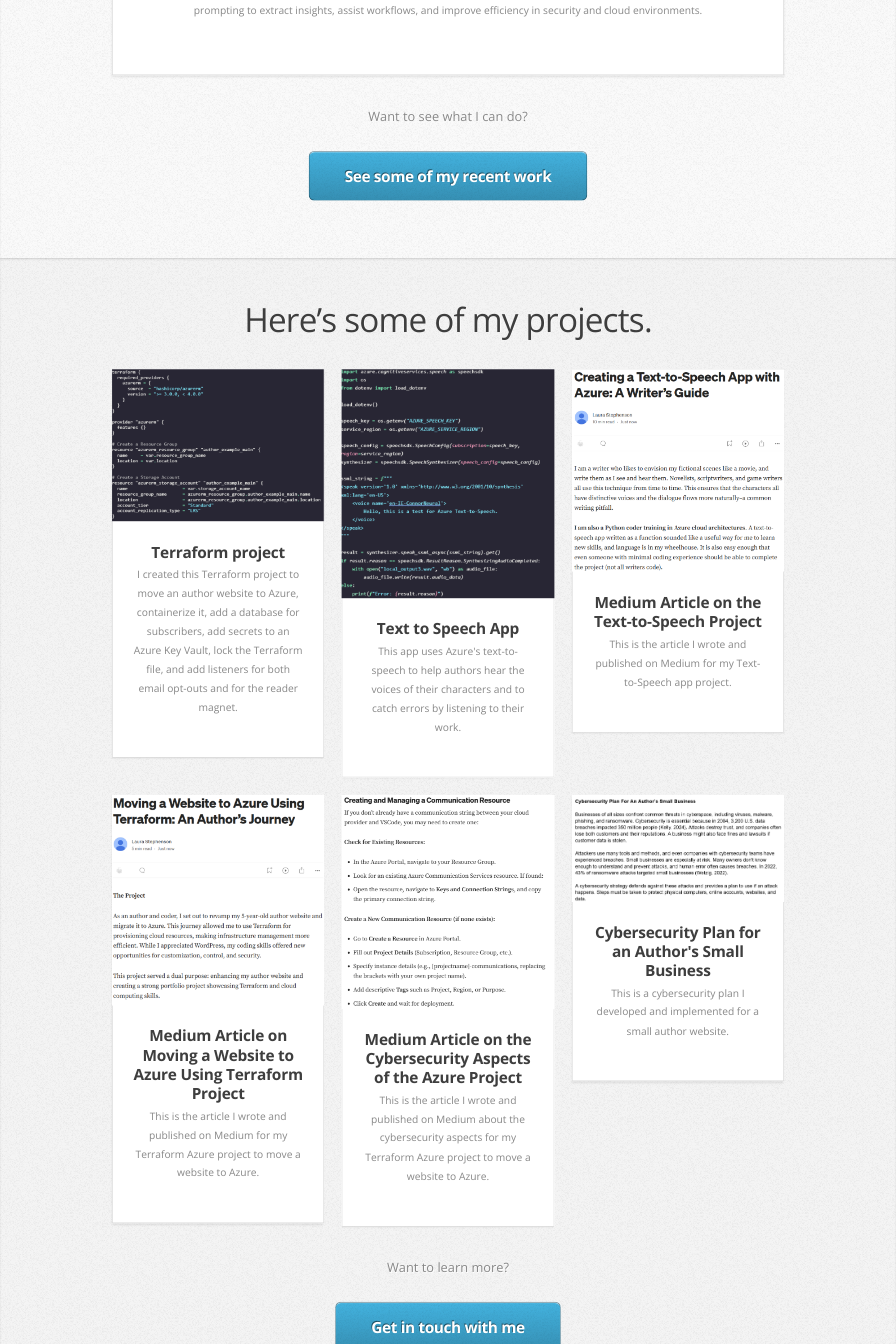
Repository: lauralstephenson/Portfolio_Personal
Page: index.html
The author's editor kept a copy of each file at every save. The page is drawn from the files as they stood at one save, then again after a run of saves.
The browser window is 1280 px wide. The pictures show the part of the page from y = 1642 to 3562 px (the page is 4048 px tall), at 70% of full size.
A picture or video elsewhere on the page could not be fetched, so the positions and the page height are approximate.

Above is the page before, as saved 2026-04-21 15:04:08.

### index.html
<!DOCTYPE HTML>
<!--
	Miniport by HTML5 UP
	html5up.net | @ajlkn
	Free for personal and commercial use under the CCA 3.0 license (html5up.net/license)
-->

<html lang="en">
	<head>
		<title>Laura Stephenson Cloud Portfolio Webpage</title>
		<meta charset="utf-8">
		<meta name="viewport" content="width=device-width, initial-scale=1">
		<!-- Font Awesome -->
		<link rel="stylesheet" href="https://cdnjs.cloudflare.com/ajax/libs/font-awesome/5.15.4/css/all.min.css">
		<link rel="stylesheet" href="assets/css/main.css">
	</head>
	<body class="is-preload">

		<!-- Nav -->
			<nav id="nav">
				<ul class="container">
					<li><a href="#top">Top</a></li>
					<li><a href="#work">Work</a></li>
					<li><a href="#portfolio">Portfolio</a></li>
					<li><a href="#contact">Contact</a></li>
				</ul>
			</nav>

		<!-- Home -->
			<article id="top" class="wrapper style1">
				<div class="container">
					<div class="row">
						<div class="col-4 col-5-large col-12-medium">
							<span class="image fit"><img src="images\Circle Cybersecurity Logo.png" alt="" /></span>
						</div>
						<div class="col-8 col-7-large col-12-medium">
							<header>
								<h1>Hi. I'm <strong>Laura Stephenson.</strong></h1>
							</header>
							<p><strong>I'm a cloud and cyber security practitioner, Python coder,
								and machine learning and data scientist.</strong></a></p>
							<a href="#work" class="button large scrolly">Learn about what I do</a>
						</div>
					</div>
				</div>
			</article>

		<!-- Work -->
			<article id="work" class="wrapper style2">
				<div class="container">
					<header>
						<h1>Here's what I do.</h1>
					</header>
					<div class="row aln-center equal-height">
						<div class="col-4 col-6-medium col-12-small">
							<section class="box style1">
								<div class="box-content">
									<svg xmlns="http://www.w3.org/2000/svg" height="56" width="56" viewBox="0 0 512 512">
										<!--!Font Awesome Free 6.7.2 by @fontawesome - https://fontawesome.com License - https://fontawesome.com/license/free Copyright 2025 Fonticons, Inc.-->
										<path fill="#77797e" d="M256 0c4.6 0 9.2 1 13.4 2.9L457.7 82.8c22 9.3 38.4 31 38.3 57.2c-.5 99.2-41.3 280.7-213.6 363.2c-16.7 8-36.1 8-52.8 0C57.3 420.7 16.5 239.2 16 140c-.1-26.2 16.3-47.9 38.3-57.2L242.7 2.9C246.8 1 251.4 0 256 0z"/>
									</svg>
									<h3>Cyber Security</h3>
									<p>Analyze alerts, investigate network activity, and document findings in clear, structured reports using SOC workflows. Apply SIEM tools, packet analysis, and the MITRE ATT&CK framework to detect and respond to threats.</p>
								</div>
							</section>
						</div>
							<section class="box style1">
								<div class="box-content">
									<svg xmlns="http://www.w3.org/2000/svg"
									width="56" height="56"
									fill="currentColor"
									class="bi bi-cloud-arrow-up-fill"
									viewBox="0 0 16 16">
										<path d="M8 2a5.53 5.53 0 0 0-3.594 1.342c-.766.66-1.321 1.52-1.464 2.383C1.266 6.095 0 7.555 0 9.318 0 11.366 1.708 13 3.781 13h8.906C14.502 13 16 11.57 16 9.773c0-1.636-1.242-2.969-2.834-3.194C12.923 3.999 10.69 2 8 2m2.354 5.146a.5.5 0 0 1-.708.708L8.5 6.707V10.5a.5.5 0 0 1-1 0V6.707L6.354 7.854a.5.5 0 1 1-.708-.708l2-2a.5.5 0 0 1 .708 0z"/>
									</svg>
									<h3>Cloud Computing</h3>
									<p>Design and maintain secure cloud environments in Azure and AWS, with and without Terraform.</p>
								</div>
							</section>
						</div>
						<div class="col-4 col-6-medium col-12-small">
							<section class="box style1">
								<div class="box-content">
									<svg xmlns="http://www.w3.org/2000/svg" height="56" width="56" viewBox="0 0 576 512">
										<!--!Font Awesome Free 6.7.2 by @fontawesome - https://fontawesome.com License - https://fontawesome.com/license/free Copyright 2025 Fonticons, Inc.-->
										<path fill="#6f7276" d="M248 106.6c18.9-9 32-28.3 32-50.6c0-30.9-25.1-56-56-56s-56 25.1-56 56c0 22.3 13.1 41.6 32 50.6l0 98.8c-2.8 1.3-5.5 2.9-8 4.7l-80.1-45.8c1.6-20.8-8.6-41.6-27.9-52.8C57.2 96 23 105.2 7.5 132S1.2 193 28 208.5c1.3 .8 2.6 1.5 4 2.1l0 90.8c-1.3 .6-2.7 1.3-4 2.1C1.2 319-8 353.2 7.5 380S57.2 416 84 400.5c19.3-11.1 29.4-32 27.8-52.8l50.5-28.9c-11.5-11.2-19.9-25.6-23.8-41.7L88 306.1c-2.6-1.8-5.2-3.3-8-4.7l0-90.8c2.8-1.3 5.5-2.9 8-4.7l80.1 45.8c-.1 1.4-.2 2.8-.2 4.3c0 22.3 13.1 41.6 32 50.6l0 98.8c-18.9 9-32 28.3-32 50.6c0 30.9 25.1 56 56 56c30.7 0 55.6-24.7 56-55.2c-7.5-12.9-13.5-26.8-17.6-41.5c-4.2-4-9.1-7.3-14.4-9.9l0-98.8c2.8-1.3 5.5-2.9 8-4.7l10.5 6c5.5-15.3 13.1-29.5 22.4-42.5l-9.1-5.2c.1-1.4 .2-2.8 .2-4.3c0-22.3-13.1-41.6-32-50.6l0-98.8zM440.5 132C425 105.2 390.8 96 364 111.5c-19.3 11.1-29.4 32-27.8 52.8l-50.6 28.9c11.5 11.2 19.9 25.6 23.8 41.7L360 205.9c.4 .3 .8 .6 1.3 .9c21.7-9.5 45.6-14.8 70.8-14.8c2 0 4 0 5.9 .1c12.1-17.3 13.8-40.6 2.6-60.1zM432 512a144 144 0 1 0 0-288 144 144 0 1 0 0 288zm47.9-225c4.3 3.7 5.4 9.9 2.6 14.9L452.4 356l35.6 0c5.2 0 9.8 3.3 11.4 8.2s-.1 10.3-4.2 13.4l-96 72c-4.5 3.4-10.8 3.2-15.1-.6s-5.4-9.9-2.6-14.9L411.6 380 376 380c-5.2 0-9.8-3.3-11.4-8.2s.1-10.3 4.2-13.4l96-72c4.5-3.4 10.8-3.2 15.1 .6z"/>
									</svg>
									<h3>Artificial Intelligence</h3>
									<p>Apply prompt engineering techniques to use AI tools for analysis, automation, and investigation support. Use APIs and structured prompting to extract insights, assist workflows, and improve efficiency in security and cloud environments.</p>
								</div>
							</section>
						</div>
					</div>
					<footer>
						<p>Want to see what I can do?</p>
						<a href="#portfolio" class="button large scrolly">See some of my recent work</a>
					</footer>
				</div>
			</article>

		<!-- Portfolio -->
			<article id="portfolio" class="wrapper style3">
				<div class="container">
					<header>
						<h1>Here’s some of my projects.</h1>
					</header>
					<div class="row aln-center equal-height">
						<div class="col-4 col-6-medium col-12-small">
							<article class="box style2">
								<div class="box-content">
									<a href="https://github.com/lauralstephenson/pseudocode_terraform_examples_for_website" class="image featured"><img src="images\terraform_portfolio_pic.png" alt="" /></a>
									<h3><a href="https://github.com/lauralstephenson/pseudocode_terraform_examples_for_website">Terraform project</a></h3>
									<p>I created this Terraform project to move an author website to Azure,
										containerize it, add a database for subscribers, add secrets to an
										Azure Key Vault, lock the Terraform file, and add listeners for both
										email opt-outs and for the reader magnet.
									</p>
								</div>
							</article>
						</div>
						<div class="col-4 col-6-medium col-12-small">
							<article class="box style2">
								<div class="box-content">
									<a href="https://github.com/lauralstephenson/cloud_py_portfolio/tree/main/Text_to_Speech" class="image featured"><img src="images\screenshot_text_to_speech_app.png" alt="" /></a>
									<h3><a href="https://github.com/lauralstephenson/cloud_py_portfolio/tree/main/Text_to_Speech">Text to Speech App</a></h3>
									<p>This app uses Azure's text-to-speech to help authors
										hear the voices of their characters and to catch errors
										by listening to their work.
									</p>
								</div>
							</article>
						</div>
						<div class="col-4 col-6-medium col-12-small">
							<article class="box style2">
								<div class="box-content">
									<a href="https://medium.com/@lstephenson556/creating-a-text-to-speech-app-with-azure-a-writers-guide-46cbf42556f0" class="image featured"><img src="images\screenshot_medium_text_to_speech_article.png" alt="" /></a>
									<h3><a href="https://medium.com/@lstephenson556/creating-a-text-to-speech-app-with-azure-a-writers-guide-46cbf42556f0">Medium Article on the Text-to-Speech Project</a></h3>
									<p>This is the article I wrote and published on Medium for my Text-to-Speech app project.</p>
								</div>
							</article>
						</div>
						<div class="col-4 col-6-medium col-12-small">
							<article class="box style2">
								<div class="box-content">
									<a href="https://medium.com/@lstephenson556/moving-a-website-to-azure-using-terraform-an-authors-journey-1ab68dd8db76"
									class="image featured"><img src="images\screenshot_medium_terraform_azure_article.png" alt="" /></a>
									<h3><a href="https://medium.com/@lstephenson556/moving-a-website-to-azure-using-terraform-an-authors-journey-1ab68dd8db76">Medium Article on Moving a Website to Azure Using Terraform Project</a></h3>
									<p>This is the article I wrote and published on Medium for my Terraform Azure project to move a website to Azure.</p>
								</div>
							</article>
						</div>
						<div class="col-4 col-6-medium col-12-small">
							<article class="box style2">
								<div class="box-content">
									<a href="https://medium.com/@lstephenson556/cybersecurity-aspects-of-creating-an-author-website-with-terraform-12f4682b89b7"
									class="image featured"><img src="images/cybersecurity_plan_medium.png" alt="Segment of Medium article about a cybersecurity plan" /></a>
									<h3><a href="https://medium.com/@lstephenson556/cybersecurity-aspects-of-creating-an-author-website-with-terraform-12f4682b89b7">Medium Article on the Cybersecurity Aspects of the Azure Project</a></h3>
									<p>This is the article I wrote and published on Medium about the cybersecurity aspects for my Terraform Azure project to move a website to Azure.</p>
								</div>
							</article>
						</div>
						<div class="col-4 col-6-medium col-12-small">
							<article class="box style2">
								<div class="box-content">
									<a href="Cybersecurity Plan For A Small Author Business.pdf"
									class="image featured"><img src="images/cybersecurity_plan.png" alt="Snap of Cybersecurity Plan" /></a>
									<h3><a href="Cybersecurity Plan For A Small Author Business.pdf">Cybersecurity Plan for an Author's Small Business</a></h3>
									<p>This is a cybersecurity plan I developed and implemented for a small author website.</p>
								</div>
							</article>
						</div>
					</div>
					<footer>
						<p>Want to learn more?</p>
						<a href="mailto:laurastephensoncareer@gmail.com" class="button large scrolly">Get in touch with me</a>
					</footer>
				</div>
			</article>

		<!-- Contact
			<article id="contact" class="wrapper style4">
				<div class="container medium">
					<header>
						<h2>Let me build for you.</h2>
						<p>Contact me.</p>
					</header>
					<div class="row">
						<div class="col-12">
							<form method="post" action="https://<your-function-app-name>.azurewebsites.net/api/send-email">
								<div class="row">
									<div class="col-6 col-12-small">
										<input type="text" name="name" id="name" placeholder="Name" />
									</div>
									<div class="col-6 col-12-small">
										<input type="text" name="email" id="email" placeholder="Email" />
									</div>
									<div class="col-12">
										<input type="text" name="subject" id="subject" placeholder="Subject" />
									</div>
									<div class="col-12">
										<textarea name="message" id="message" placeholder="Message"></textarea>
									</div>
									<div class="col-12">
										<ul class="actions">
											<li><input type="submit" value="Send Message" /></li>
											<li><input type="reset" value="Clear Form" class="alt" /></li>
										</ul>
									</div>
								</div>
							</form>
						</div -->

						<div class="col-12 center-content footer-custom">
							<hr />
							<p class="find-me-on">Find me on...</p>
							<div class="footer-custom">
								<ul class="social">
									<li><a href="https://www.linkedin.com/in/laurastephenson82/">
										<i class="fab fa-linkedin"></i></a></li>
									<li><a href="https://github.com/lauralstephenson/">
										<i class="fab fa-github"></i></a></li>
									<li><a href="mailto:laurastephensoncareer@gmail.com">
										<i class="fas fa-envelope"></i></a></li>
								</ul>
							</div>
							<hr />
						</div>



						<footer>
							<div class="footer-custom">
								<ul id="copyright">
									<li>&copy; Laura Stephenson © 2024. All rights reserved.</li>
									<li>Design: <a href="http://html5up.net">HTML5 UP</a></li>
								</ul>
						</footer>

			<!--
								<li><a href="#" class="icon brands fa-twitter"><span class="label">Twitter</span></a></li>
								<li><a href="#" class="icon brands fa-tumblr"><span class="label">Tumblr</span></a></li>
								<li><a href="#" class="icon solid fa-rss"><span>RSS</span></a></li>
								<li><a href="#" class="icon brands fa-instagram"><span>Instagram</span></a></li>
								<li><a href="#" class="icon brands fa-foursquare"><span>Foursquare</span></a></li>
								<li><a href="#" class="icon brands fa-skype"><span>Skype</span></a></li>
								<li><a href="#" class="icon brands fa-soundcloud"><span>Soundcloud</span></a></li>
								<li><a href="#" class="icon brands fa-youtube"><span>YouTube</span></a></li>
								<li><a href="#" class="icon brands fa-blogger"><span>Blogger</span></a></li>
								<li><a href="#" class="icon brands fa-flickr"><span>Flickr</span></a></li>
								<li><a href="#" class="icon brands fa-vimeo"><span>Vimeo</span></a></li>
								-->

		<!-- Scripts -->
			<script src="assets/js/jquery.min.js"></script>
			<script src="assets/js/jquery.scrolly.min.js"></script>
			<script src="assets/js/browser.min.js"></script>
			<script src="assets/js/breakpoints.min.js"></script>
			<script src="assets/js/util.js"></script>
			<script src="assets/js/main.js"></script>

	</body>
</html>

Loaded but not shown: assets/js/jquery.min.js (library); assets/js/jquery.scrolly.min.js (common file); assets/js/browser.min.js (common file); assets/js/breakpoints.min.js (common file); assets/js/util.js (587 lines, source omitted); assets/js/main.js (34 lines, source omitted); assets/css/main.css (2549 lines, source omitted)

After the next 2 saves:
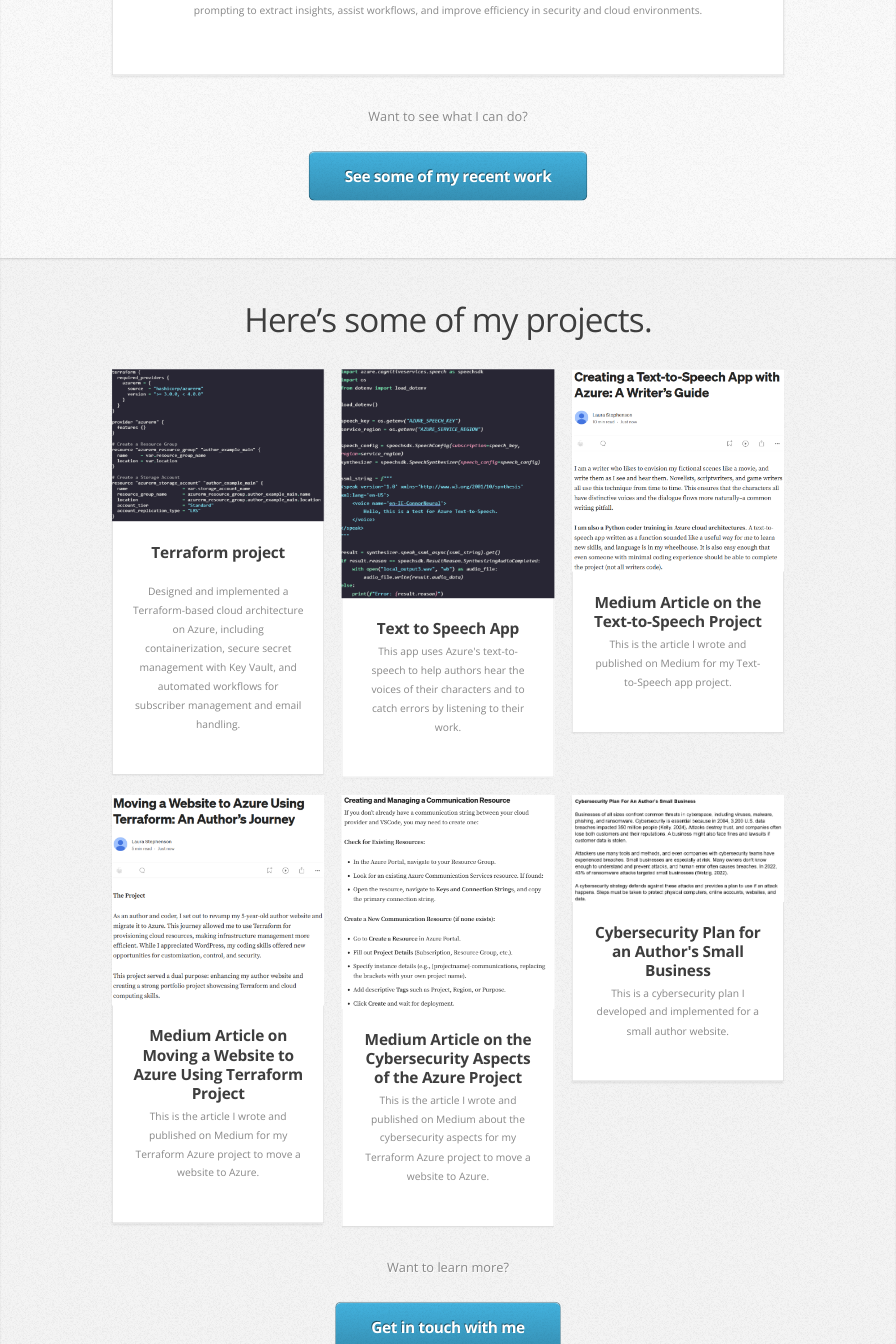
The 2 saves are shown as one change because they came seconds apart.
The last was saved 3 min 3 s later.
--- a/index.html
+++ b/index.html
@@ -110,10 +110,8 @@
 								<div class="box-content">
 									<a href="https://github.com/lauralstephenson/pseudocode_terraform_examples_for_website" class="image featured"><img src="images\terraform_portfolio_pic.png" alt="" /></a>
 									<h3><a href="https://github.com/lauralstephenson/pseudocode_terraform_examples_for_website">Terraform project</a></h3>
-									<p>I created this Terraform project to move an author website to Azure,
-										containerize it, add a database for subscribers, add secrets to an
-										Azure Key Vault, lock the Terraform file, and add listeners for both
-										email opt-outs and for the reader magnet.
+									<p><p>Designed and implemented a Terraform-based cloud architecture on Azure, including containerization, secure secret management with Key Vault, and automated workflows for subscriber management and email handling.</p>
+
 									</p>
 								</div>
 							</article>
